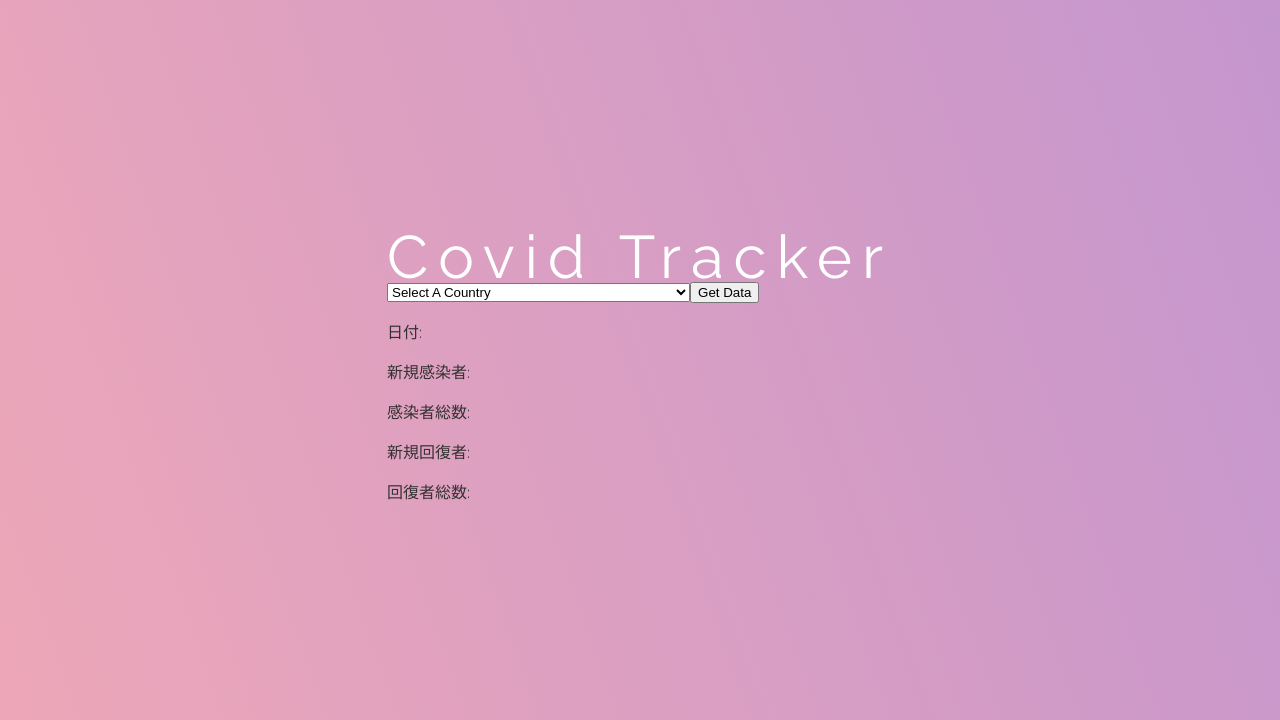
Repository: isopets/react-corona-tracker-app
Page: /
These files come from the project's save history. The page is drawn as it stood at one moment and after a run of saves; the edit follows.
The browser window is 1280 px wide. The pictures show the whole page.
The project was rebuilt for these pictures with package versions that can differ from the ones it lists, and the page was loaded fresh each time.

Above is the page before, as saved 2022-06-17 12:06:59.

### src/App.js
import {useState} from "react";
import countriesJson from "./countries.json";
import TopPage from "./pages/TopPage";
import "./App.css";

function App() {
  const [country, setCountry] = useState("");
  const [countryData, setCountryData] = useState({
    date: "",
    newConfirmed: "",
    totalConfirmed: "",
    newRecovered: "",
    totalRecovered: "",
  });

  const getCountryData = () => {
    fetch(`https://api.covid19api.com/country/${country}`)
      .then(res => res.json())
      .then(data => {
        setCountryData({
          date: data[data.length - 1].Date,
          newConfirmed:
            data[data.length - 1].Confirmed - data[data.length - 2].Confirmed,
          totalConfirmed: data[data.length - 1].Confirmed,
          newRecovered:
            data[data.length - 1].Recovered - data[data.length - 2].Recovered,
          totalRecovered: data[data.length - 1].Recovered,
        });
      });
  };
  return (
    <div>
      <TopPage
        countriesJson={countriesJson}
        setCountry={setCountry}
        getCountryData={getCountryData}
        countryData={countryData}
      />
    </div>
  );
}

export default App;

### src/pages/TopPage.js
import Title from "../components/Title";
import Selector from "../components/Selector";
import Results from "../components/Results";

const TopPage = props => {
  return (
    <div className="top-page-container">
      <div>
        <Title />
        <Selector
          countriesJson={props.countriesJson}
          setCountry={props.setCountry}
          getCountryData={props.getCountryData}
        />
        <Results countryData={props.countryData} />
      </div>
    </div>
  );
};

export default TopPage;

### src/App.css
@import url("https://fonts.googleapis.com/css2?family=Noto+Sans+JP&display=swap");
@import url("https://fonts.googleapis.com/css2?family=Raleway:wght@400;500;600&display=swap");

html {
  font-size: 62.5%;
}

body {
  font-family: "Raleway", "Noto Sans JP", sans-serif;
  font-weight: 400;
  font-size: 1.6rem;
  font-display: swap;
  color: #333;
  margin: 0;
  padding: 0;
}

/* Top Page */
.top-page-container {
  display: flex;
  justify-content: center;
  align-items: center;
  width: 100vw;
  min-height: 100vh;
  background: linear-gradient(
    250.6deg,
    #6a70ff 7.3%,
    rgba(255, 53, 53, 0.4) 98.63%
  );
  background-size: 400% 400%;
  /* animation: gradient 12s ease infinite; */
}

@keyframes gradient {
  0% {
    background-position: 0% 50%;
  }
  50% {
    background-position: 100% 50%;
  }
  100% {
    background-position: 0% 50%;
  }
}

/* Header */
.header {
  position: fixed;
  top: 0;
  left: 0;
  right: 0;
  z-index: 1;
  text-align: center;
  backdrop-filter: blur(5px);
  width: 100%;
  padding: 0.6rem 0;
  background: rgba(255, 255, 255, 0.25);
}

.header > a {
  font-size: 1.4rem;
  color: inherit;
  margin: 0 2rem;
}

/* Title */
h1 {
  margin: 0;
  padding-top: 3rem;
  font-family: "Raleway";
  text-align: center;
  font-weight: 400;
  font-size: 6rem;
  line-height: 5rem;
  letter-spacing: 1rem;
  color: #fff;
}

/* Selector */
.selector-container {
  margin: 4rem 0;
}

.selector-container > select {
  border-radius: 40px 0px 0px 40px;
  border: transparent;
  width: 400px;
  height: 27px;
  padding: 0.5rem 1rem;
  appearance: none;
  color: #fff;
  background: linear-gradient(
    250.6deg,
    #6a70ff 7.3%,
    rgba(255, 53, 53, 0.4) 98.63%
  );
}

.selector-container > select:active,
.selector-container > select:focus,
.selector-container > select:hover {
  outline: 0;
  border: none;
  cursor: pointer;
}

.selector-container > button {
  width: 98px;
  height: 27px;
  border-radius: 0 40px 40px 0;
  background: #4473ff;
  border: none;
  border-left: 2px solid #fff;
  color: white;
  padding: 0.6rem 2rem;
  text-align: center;
  text-decoration: none;
  display: inline-block;
  cursor: pointer;
}

.selector-container > button:hover {
  color: #4473ff;
  background-color: #fff;
  transition: 0.3s all;
}

/* Results */
.results-container {
  display: flex;
  justify-content: center;
  align-items: center;
  width: 480px;
  min-height: 300px;
  padding: 1rem;
  border-radius: 40px;
  background: rgba(255, 255, 255, 0.3);
  backdrop-filter: blur(20px);
  box-shadow: 4px 4px 13px 5px rgba(0, 0, 0, 0.25);
}

.results-container p span {
  font-size: 3.4rem;
  color: #4473ff;
  margin-left: 2rem;
  font-weight: 600;
  letter-spacing: 0.1rem;
}

/* For responsive design */
@media only screen and (max-width: 600px) {
  h1 {
    margin-top: 3rem;
    font-size: 4rem;
    line-height: 2rem;
  }
  .selector-container > select {
    width: 270px;
  }
  .results-container {
    width: 350px;
  }
}

/* World Page */
.world-page-container {
  height: 100%;
  padding: 4rem 3rem;
  background: linear-gradient(
    250.6deg,
    #6a70ff 7.3%,
    rgba(255, 53, 53, 0.4) 98.63%
  );
  background-size: 300% 300%;
  /* 	animation: gradient 14s ease infinite; */
}

.card-container {
  margin-top: 4rem;
  display: grid;
  grid-template-columns: repeat(auto-fit, minmax(250px, 1fr));
  gap: 2rem;
}

.card {
  display: flex;
  justify-content: center;
  padding: 1rem 3rem;
  border-radius: 40px;
  background: rgba(255, 255, 255, 0.3);
  backdrop-filter: blur(20px);
  box-shadow: 4px 4px 13px 5px rgba(0, 0, 0, 0.25);
}

.card h2 {
  font-weight: 500;
  text-align: center;
}

.card p span {
  font-size: 2.5rem;
  color: #ff57ae;
  margin-left: 1.5rem;
  font-weight: 600;
  letter-spacing: 0.1rem;
}

/* Loading */
.loading {
  color: #fe5c5c;
  font-size: 90px;
  text-indent: -9999em;
  overflow: hidden;
  width: 1em;
  height: 1em;
  border-radius: 50%;
  margin: 72px auto;
  position: relative;
  -webkit-transform: translateZ(0);
  -ms-transform: translateZ(0);
  transform: translateZ(0);
  -webkit-animation: load6 1.7s infinite ease, round 1.7s infinite ease;
  animation: load6 1.7s infinite ease, round 1.7s infinite ease;
}
@-webkit-keyframes load6 {
  0% {
    box-shadow: 0 -0.83em 0 -0.4em, 0 -0.83em 0 -0.42em, 0 -0.83em 0 -0.44em,
      0 -0.83em 0 -0.46em, 0 -0.83em 0 -0.477em;
  }
  5%,
  95% {
    box-shadow: 0 -0.83em 0 -0.4em, 0 -0.83em 0 -0.42em, 0 -0.83em 0 -0.44em,
      0 -0.83em 0 -0.46em, 0 -0.83em 0 -0.477em;
  }
  10%,
  59% {
    box-shadow: 0 -0.83em 0 -0.4em, -0.087em -0.825em 0 -0.42em,
      -0.173em -0.812em 0 -0.44em, -0.256em -0.789em 0 -0.46em,
      -0.297em -0.775em 0 -0.477em;
  }
  20% {
    box-shadow: 0 -0.83em 0 -0.4em, -0.338em -0.758em 0 -0.42em,
      -0.555em -0.617em 0 -0.44em, -0.671em -0.488em 0 -0.46em,
      -0.749em -0.34em 0 -0.477em;
  }
  38% {
    box-shadow: 0 -0.83em 0 -0.4em, -0.377em -0.74em 0 -0.42em,
      -0.645em -0.522em 0 -0.44em, -0.775em -0.297em 0 -0.46em,
      -0.82em -0.09em 0 -0.477em;
  }
  100% {
    box-shadow: 0 -0.83em 0 -0.4em, 0 -0.83em 0 -0.42em, 0 -0.83em 0 -0.44em,
      0 -0.83em 0 -0.46em, 0 -0.83em 0 -0.477em;
  }
}
@keyframes load6 {
  0% {
    box-shadow: 0 -0.83em 0 -0.4em, 0 -0.83em 0 -0.42em, 0 -0.83em 0 -0.44em,
      0 -0.83em 0 -0.46em, 0 -0.83em 0 -0.477em;
  }
  5%,
  95% {
    box-shadow: 0 -0.83em 0 -0.4em, 0 -0.83em 0 -0.42em, 0 -0.83em 0 -0.44em,
      0 -0.83em 0 -0.46em, 0 -0.83em 0 -0.477em;
  }
  10%,
  59% {
    box-shadow: 0 -0.83em 0 -0.4em, -0.087em -0.825em 0 -0.42em,
      -0.173em -0.812em 0 -0.44em, -0.256em -0.789em 0 -0.46em,
      -0.297em -0.775em 0 -0.477em;
  }
  20% {
    box-shadow: 0 -0.83em 0 -0.4em, -0.338em -0.758em 0 -0.42em,
      -0.555em -0.617em 0 -0.44em, -0.671em -0.488em 0 -0.46em,
      -0.749em -0.34em 0 -0.477em;
  }
  38% {
    box-shadow: 0 -0.83em 0 -0.4em, -0.377em -0.74em 0 -0.42em,
      -0.645em -0.522em 0 -0.44em, -0.775em -0.297em 0 -0.46em,
      -0.82em -0.09em 0 -0.477em;
  }
  100% {
    box-shadow: 0 -0.83em 0 -0.4em, 0 -0.83em 0 -0.42em, 0 -0.83em 0 -0.44em,
      0 -0.83em 0 -0.46em, 0 -0.83em 0 -0.477em;
  }
}
@-webkit-keyframes round {
  0% {
    -webkit-transform: rotate(0deg);
    transform: rotate(0deg);
  }
  100% {
    -webkit-transform: rotate(360deg);
    transform: rotate(360deg);
  }
}
@keyframes round {
  0% {
    -webkit-transform: rotate(0deg);
    transform: rotate(0deg);
  }
  100% {
    -webkit-transform: rotate(360deg);
    transform: rotate(360deg);
  }
}

### src/components/Title.js
const Title = () => {
  return (
    <div>
      <h1>Covid Tracker</h1>
    </div>
  );
};

export default Title;

### src/components/Selector.js
const Selector = props => {
  return (
    <div>
      <select onChange={e => props.setCountry(e.target.value)}>
        <option>Select A Country</option>
        {props.countriesJson.map((country, index) => (
          <option key={index} value={country.Slug}>
            {country.Country}
          </option>
        ))}
      </select>
      <button onClick={props.getCountryData}>Get Data</button>
    </div>
  );
};

export default Selector;

### src/components/Results.js
const Results = props => {
  console.log("Resultsのprops", props);
  return (
    <div>
      <p>日付:{props.countryData.date.slice(0, 10)}</p>
      <p>新規感染者:{props.countryData.newConfirmed.toLocaleString()}</p>
      <p>感染者総数:{props.countryData.totalConfirmed.toLocaleString()}</p>
      <p>新規回復者:{props.countryData.newRecovered.toLocaleString()}</p>
      <p>回復者総数:{props.countryData.totalRecovered.toLocaleString()}</p>
    </div>
  );
};

export default Results;

Loaded but not shown: public/index.html (common file); src/index.js (common file); src/countries.json (1241 lines, source omitted)

After the next 2 saves:
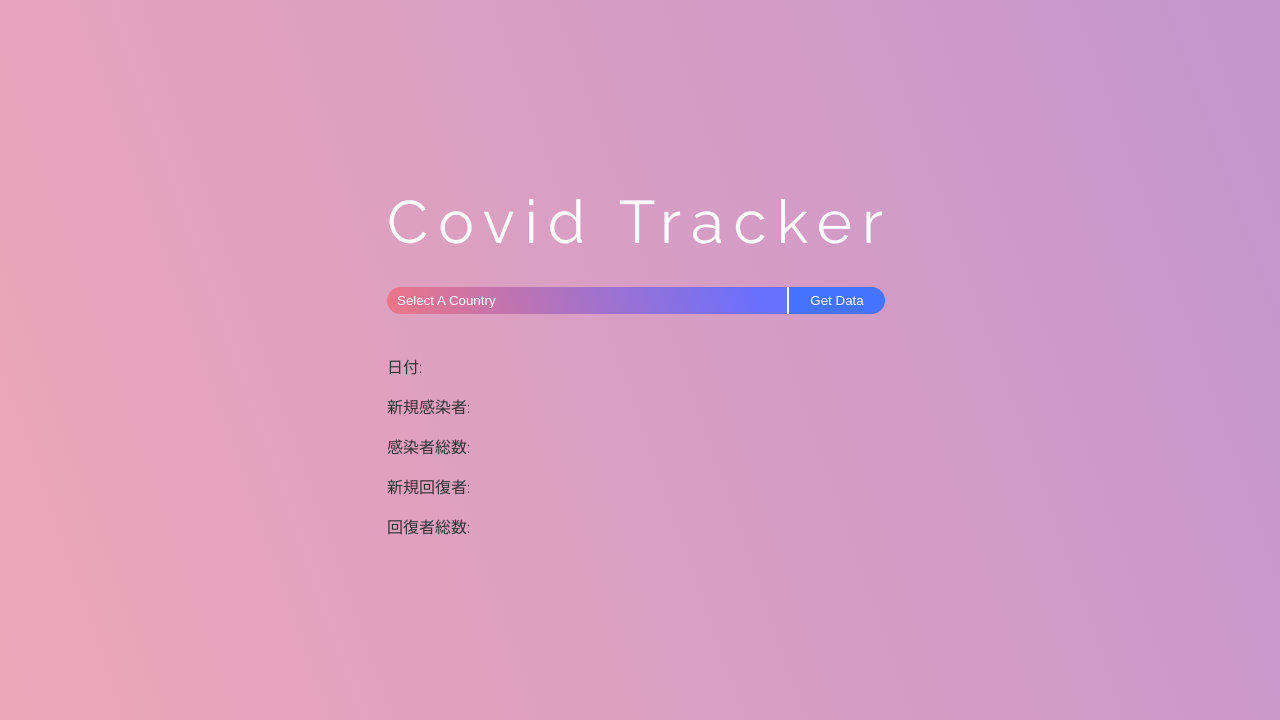
The 2 saves are shown as one change because they came seconds apart.
The last was saved 17 s later.
--- a/src/components/Selector.js
+++ b/src/components/Selector.js
@@ -1,6 +1,6 @@
 const Selector = props => {
   return (
-    <div>
+    <div className="selector-container">
       <select onChange={e => props.setCountry(e.target.value)}>
         <option>Select A Country</option>
         {props.countriesJson.map((country, index) => (
